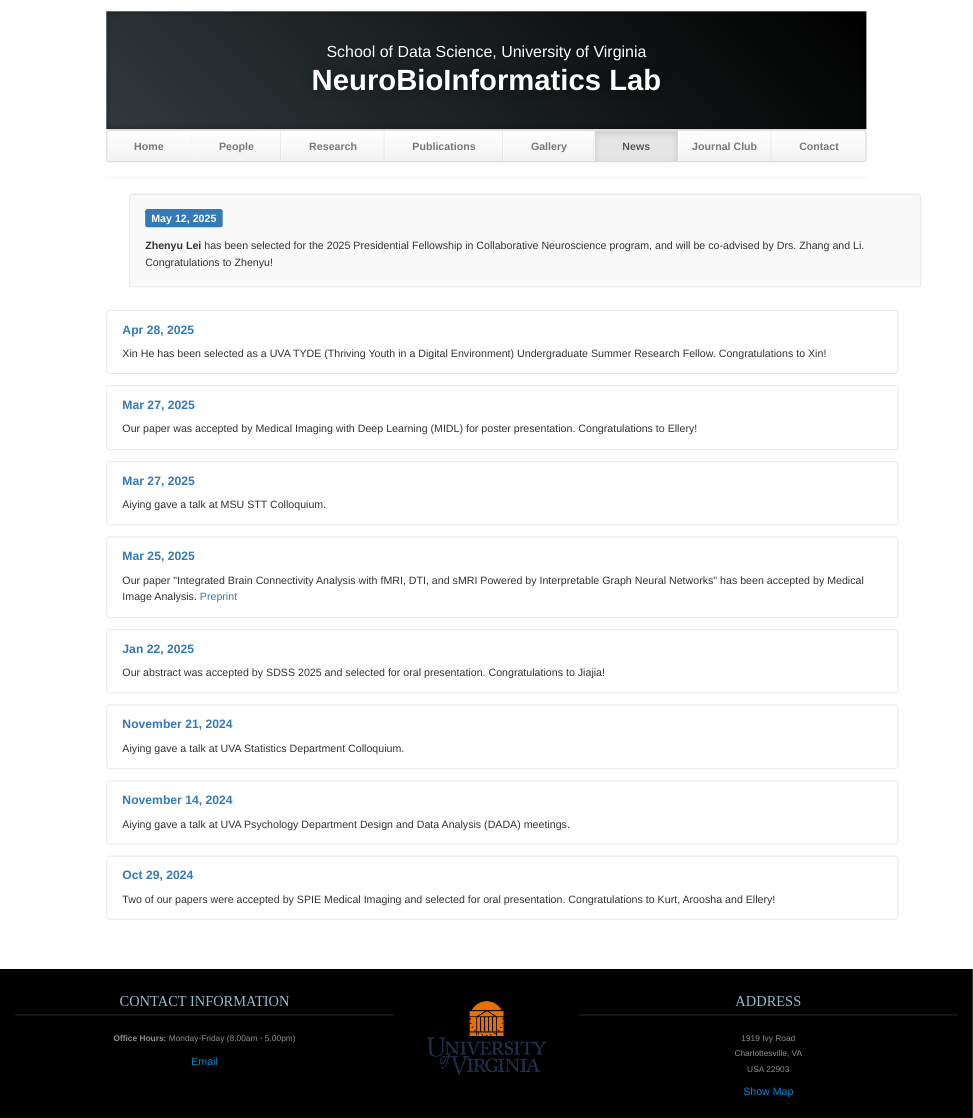
Repository: nbillab/nbillab.io
Page: news.html
An editor plug-in stored every save of this project. The page is shown before and after the next save, followed by the edit.
The browser window is 1280 px wide. The pictures show the whole page, at 76% of full size.

Above is the page before, as saved 2025-09-01 12:49:16.

### news.html
<!DOCTYPE html>
<html lang="en">
<head>
    <meta charset="utf-8">
    <title>News</title>
    <meta name="viewport" content="width=device-width, initial-scale=1.0">
    <meta name="description" content="Research Lab, Home, Velit Aliquet Sagittis University">
    <meta name="author" content="">
    <!-- Le styles -->
    <link href="css/bootstrap.min.css" rel="stylesheet">
    <link href="css/bootstrap-responsive.min.css" rel="stylesheet">
    <link href="css/theme.css" rel="stylesheet">

    <style>
        .span4.feature-item {
            background-color: #f9f9f9;
            border: 1px solid #e1e1e1;
            padding: 20px;
            border-radius: 4px;
            margin-bottom: 30px;
            width: 100%;
            float: none;
        }

        .clearfix {
            clear: both;
        }

        .feature-item h5 {
            margin: 0 0 15px 0;
            font-size: 18px;
        }

        .feature-item .date {
            background-color: #337ab7;
            color: white;
            padding: 4px 8px;
            border-radius: 3px;
            font-weight: bold;
            font-size: 14px;
        }

        .feature-item p {
            margin: 0;
            line-height: 1.6;
        }

        .news-container {
            width: 100%;
        }

        .news-item {
            display: block;
            width: 100%;
            background-color: #ffffff;
            border: 1px solid #e1e1e1;
            border-radius: 4px;
            padding: 15px 20px;
            margin-bottom: 15px;
        }

        .news-item h4 {
            color: #337ab7;
            margin: 0 0 10px 0;
            font-size: 16px;
            font-weight: bold;
        }

        .news-item p {
            color: #333;
            line-height: 1.6;
            margin: 0;
        }

        .news-item a {
            color: #337ab7;
            text-decoration: none;
        }

        .news-item a:hover {
            color: #23527c;
            text-decoration: underline;
        }
    </style>
</head>
<body>
    <div class="container">
        <header class="jumbotron subhead" id="overview">
            <p class="lead"> School of Data Science, University of Virginia </p>
            <h1>NeuroBioInformatics Lab</h1>
        </header>
        <div class="masthead">
            <div class="navbar">
                <div class="navbar-inner">
                    <div class="container">
                        <ul class="nav">
                            <li><a href="index.html">Home</a></li>
                            <li><a href="people.html">People</a></li>
                            <li><a href="research.html">Research</a></li>
                            <li><a href="publications.html">Publications</a></li>
                            <li><a href="gallery.html">Gallery</a></li>
                            <li class="active"><a href="#">News</a></li>
                            <li><a href="journalclub.html">Journal Club</a></li>
                            <li><a href="contact.html">Contact</a></li>
                        </ul>
                    </div>
                </div>
            </div>
        </div>
        <hr>

        <div class="span4 feature-item">
            <h5><span class="date">May 12, 2025</span></h5>
            <p><strong>Zhenyu Lei</strong> has been selected for the 2025 Presidential Fellowship in Collaborative Neuroscience program, and will be co-advised by Drs. Zhang and Li. Congratulations to Zhenyu!</p>
        </div>

        <div class="clearfix"></div>

        <div class="news-container">
            <div class="news-item">
                <h4>Apr 28, 2025</h4>
                <p>Xin He has been selected as a UVA TYDE (Thriving Youth in a Digital Environment) Undergraduate Summer Research Fellow. Congratulations to Xin!</p>
            </div>

            <div class="news-item">
                <h4>Mar 27, 2025</h4>
                <p>Our paper was accepted by Medical Imaging with Deep Learning (MIDL) for poster presentation. Congratulations to Ellery!</p>
            </div>

            <div class="news-item">
                <h4>Mar 27, 2025</h4>
                <p>Aiying gave a talk at MSU STT Colloquium.</p>
            </div>

            <div class="news-item">
                <h4>Mar 25, 2025</h4>
                <p>Our paper "Integrated Brain Connectivity Analysis with fMRI, DTI, and sMRI Powered by Interpretable Graph Neural Networks" has been accepted by Medical Image Analysis. <a href="https://www.sciencedirect.com/science/article/pii/S1361841525001173">Preprint</a></p>
            </div>

            <div class="news-item">
                <h4>Jan 22, 2025</h4>
                <p>Our abstract was accepted by SDSS 2025 and selected for oral presentation. Congratulations to Jiajia!</p>
            </div>

            <div class="news-item">
                <h4>November 21, 2024</h4>
                <p>Aiying gave a talk at UVA Statistics Department Colloquium.</p>
            </div>

            <div class="news-item">
                <h4>November 14, 2024</h4>
                <p>Aiying gave a talk at UVA Psychology Department Design and Data Analysis (DADA) meetings.</p>
            </div>

            <div class="news-item">
                <h4>Oct 29, 2024</h4>
                <p>Two of our papers were accepted by SPIE Medical Imaging and selected for oral presentation. Congratulations to Kurt, Aroosha and Ellery!</p>
            </div>
        </div>
    </div>

    <footer id="footer">
        <div class="container-fluid">
            <div class="row-fluid">
                <div class="span5">
                    <h3>Contact Information</h3>
                    <p><b>Office Hours: </b>Monday-Friday (8.00am - 5.00pm)</p>
                    <a href="mailto:xsa5db@virginia.edu">Email</a>
                </div>
                <div class="span2">
                    <a href="https://datascience.virginia.edu/"><img src="images/UVA.png" alt="research-lab-logo"/></a>
                </div>
                <div class="span5">
                    <h3>Address</h3>
                    <p>1919 Ivy Road<br>
                       Charlottesville, VA<br>
                       USA 22903
                    </p>
                    <a href="http://maps.google.com/">Show Map</a>
                </div>
            </div>
        </div>
    </footer>

    <!-- Le javascript -->
    <script src="js/jquery-1.9.1.min.js"></script>
    <script src="js/bootstrap.min.js"></script>
    <script>
        $(document).ready(function() {
            $(document.body).scrollspy({
                target: "#navparent"
            });
        });
    </script>
</body>
</html>

### css/theme.css
body {
	padding-top: 15px;
	padding-bottom: 0px;
}


/* Custom container */

.container {
	margin: 0 auto;
	max-width: 1000px;
}

.container>hr {
	margin: 20px 0
}


/* Customize the navbar links to be fill the entire space of the .navbar */

.navbar .navbar-inner {
	padding: 0
}

.navbar .nav {
	margin: 0;
	display: table;
	width: 100%;
}

.navbar .nav li {
	display: table-cell;
	width: 1%;
	float: none;
}

.navbar .nav li a {
	font-weight: bold;
	text-align: center;
	border-left: 1px solid rgba(255, 255, 255, .75);
	border-right: 1px solid rgba(0, 0, 0, .1);
}

.navbar .nav li:first-child a {
	border-left: 0;
	border-radius: 3px 0 0 3px;
}

.navbar .nav li:last-child a {
	border-right: 0;
	border-radius: 0 3px 3px 0;
}

body>.navbar {
	font-size: 13px
}


/* Change the docs' brand */

body>.navbar .brand {
	padding-right: 0;
	padding-left: 0;
	margin-left: 20px;
	float: right;
	font-weight: bold;
	color: #000;
	text-shadow: 0 1px 0 rgba(255, 255, 255, .1), 0 0 30px rgba(255, 255, 255, .125);
	-webkit-transition: all .2s linear;
	-moz-transition: all .2s linear;
	transition: all .2s linear;
}

body>.navbar .brand:hover {
	text-decoration: none;
	text-shadow: 0 1px 0 rgba(255, 255, 255, .1), 0 0 30px rgba(255, 255, 255, .4);
}


/* Sidenav for Docs
         -------------------------------------------------- */

@media screen and (max-width: 768px) {
	.bs-docs-sidenav {
		display: none !important;
	}
}

.bs-docs-sidenav {
	width: 228px;
	margin: 30px 0 0;
	padding: 0;
	background-color: #fff;
	-webkit-border-radius: 6px;
	-moz-border-radius: 6px;
	border-radius: 6px;
	-webkit-box-shadow: 0 1px 4px rgba(0, 0, 0, .065);
	-moz-box-shadow: 0 1px 4px rgba(0, 0, 0, .065);
	box-shadow: 0 1px 4px rgba(0, 0, 0, .065);
}

.bs-docs-sidenav>li>a {
	display: block;
	width: 200px;
	margin: 0 0 -1px;
	padding: 8px 14px;
	border: 1px solid #e5e5e5;
}

.bs-docs-sidenav>li>a.subhead {
	display: block;
	width: 168px;
	margin: 0 0 -1px;
	padding: 8px 30px;
	border: 1px solid #e5e5e5;
	font-size: 12px;
}

.bs-docs-sidenav>li:first-child>a {
	-webkit-border-radius: 6px 6px 0 0;
	-moz-border-radius: 6px 6px 0 0;
	border-radius: 6px 6px 0 0;
}

.bs-docs-sidenav>li:last-child>a {
	-webkit-border-radius: 0 0 6px 6px;
	-moz-border-radius: 0 0 6px 6px;
	border-radius: 0 0 6px 6px;
}

.bs-docs-sidenav>.active>a {
	position: relative;
	z-index: 2;
	padding: 9px 15px;
	border: 0;
	text-shadow: 0 1px 0 rgba(0, 0, 0, .15);
	-webkit-box-shadow: inset 1px 0 0 rgba(0, 0, 0, .1), inset -1px 0 0 rgba(0, 0, 0, .1);
	-moz-box-shadow: inset 1px 0 0 rgba(0, 0, 0, .1), inset -1px 0 0 rgba(0, 0, 0, .1);
	box-shadow: inset 1px 0 0 rgba(0, 0, 0, .1), inset -1px 0 0 rgba(0, 0, 0, .1);
}

.bs-docs-sidenav>li>a:hover {
	background-color: #f5f5f5
}

.bs-docs-sidenav a:hover .icon-chevron-right {
	opacity: .5
}

.bs-docs-sidenav.affix {
	top: 10px
}

.bs-docs-sidenav.affix-bottom {
	position: absolute;
	top: auto;
	bottom: 270px;
}


/* Responsive
         -------------------------------------------------- */

.affix {
	top: 0px
}

#media {
	margin-top: 70px
}

#media .header {
	margin-left: 0;
	margin-bottom: 56px;
	margin-top: 30px;
}

#media .post_row {
	margin-left: 0;
	margin-bottom: 40px;
}

#media .lastpost_row {
	margin-bottom: 0
}

#media .post_row .post {
	background: #fff;
	/*margin-left: 0;;
    margin-right: 20px;*/
	border-radius: 4px;
	box-shadow: 1px 1px 2px 0px #E0E0E0;
	width: 487px;
	height: 616px;
}

#media .post_row .last {
	margin-right: 0
}

#media .post_row .post .img {
	position: relative;
	text-align: center;
}

#media .post_row .post .img .date {
	background: #E8554E;
	position: absolute;
	padding: 2px 5px;
	top: 0;
	left: 11px;
}

#media .post_row .post .img .date p {
	color: #fff;
	font-size: 14px;
	font-weight: bold;
	font-style: italic;
	margin: 0;
}

#media .post_row .post .img img {
	height: 275px;
	width: 410px;
}

#media .post_row .post .text {
	margin: 18px auto 0;
	width: 83%;
}

#media .post_row .post .text h5 {
	margin: 0 0 8px 0;
	font-size: 20px;
	line-height: 23px;
}

#media .post_row .post .text h5 a {
	color: #333
}

#media .post_row .post .text span.date {
	color: #9F9F9F;
	display: block;
	margin-bottom: 12px;
	font-style: italic;
	font-size: 13px;
}

#media .post_row .post .text p {
	margin: 0;
	line-height: 21px;
	font-size: 14px;
}

#media .post_row .post .author_box {
	margin: 12px auto 20px;
	border-top: 1px solid #EDEDED;
	overflow: hidden;
	text-align: left;
	width: 85%;
	padding-top: 12px;
}

#media .post_row .post .author_box h6 {
	margin: 0 0 3px 0;
	font-size: 13px;
	line-height: 15px;
	font-style: italic;
	font-weight: normal;
	color: #B2B2B2;
}

#media .post_row .post .author_box p {
	color: #B2B2B2;
	font-style: italic;
	font-size: 13px;
	line-height: 14px;
	margin: 0;
}

#media .post_row .post .author_box img {
	float: right
}

#media .post_row .post a.plus_wrapper {
	width: 99%;
	text-align: center;
	background: #fff;
	display: none;
	border-radius: 0px 0px 4px 4px;
	padding: 6px 0px 2px;
	margin: 0 auto 1px;
}

#media .post_row .post a.plus_wrapper span {
	color: #1189D9;
	font-size: 30px;
	font-weight: bold;
}

#media .post_row .post:hover a.plus_wrapper {
	display: block
}

#media .post_row .post:hover {
	box-shadow: 0px 1px 5px 1px rgb(216, 216, 216)
}

#media .post_row .post:hover .text h5 a {
	color: #1189D9
}

.map .box_wrapp {
	position: absolute;
	margin: 15px auto;
	box-shadow: 0 0 7px 0 rgba(26, 26, 26, 0.4);
	padding: 30px 0 30px;
	background: white;
	border-radius: 4px;
	margin-top: 25px;
}

.map .box_wrapp .box_cont {
	margin: 30px auto;
	width: 76%;
}

.section-header {
	text-align: center;
	margin-bottom: 35px;
}

.section-header h1,
.title-text {
	font-weight: bold;
	font-size: 30px;
	margin: 12.5px 0;
	font-weight: 100;
	margin-bottom: 25px;
	line-height: 55px;
}

.feature-item:hover {
	box-shadow: 0px 1px 5px 1px rgb(216, 216, 216)
}

.feature-item img {
	margin-left: 15px;
	margin-right: 15px;
	max-width: 90%;
	height: 200px;
}

.feature-item h5 {
	margin-left: 15px;
	margin-right: 15px;
	margin-top: 20px;
	margin-bottom: 20px;
}

.feature-item p {
	margin-left: 15px;
	margin-right: 15px;
}

.feature-heading {
	margin-top: 20px;
	margin-bottom: 20px;
	margin-left: 15px;
	margin-right: 15px;
}

.feature-heading a:hover {
	text-decoration: none;
}

.feature-button {
	font-size: 16px;
	background-image: none;
	box-shadow: none;
	margin-bottom: 10px;
}

.centered {
	text-align: center;
}

.subhead {
	text-align: left;
	border-bottom: 1px solid #ddd;
}

.jumbotron {
	position: relative;
	padding: 45px 0px 35px 0px;
	color: #fff;
	text-align: center;
	text-shadow: 0 1px 3px rgba(0, 0, 0, .4), 0 0 30px rgba(0, 0, 0, .075);
	background: #30393C;
	background: -moz-linear-gradient(45deg, #30393C 0%, #000000 100%);
	background: -webkit-gradient(linear, left bottom, right top, color-stop(0%, #30393C), color-stop(100%, #30393C));
	background: -webkit-linear-gradient(45deg, #30393C 0%, #000000 100%);
	background: -o-linear-gradient(45deg, #30393C 0%, #000000 100%);
	background: -ms-linear-gradient(45deg, #30393C 0%, #000000 100%);
	background: linear-gradient(45deg, #30393C 0%, #000000 100%) repeat;
	-webkit-box-shadow: inset 0 3px 7px rgba(0, 0, 0, .2), inset 0 -3px 7px rgba(0, 0, 0, .2);
	-moz-box-shadow: inset 0 3px 7px rgba(0, 0, 0, .2), inset 0 -3px 7px rgba(0, 0, 0, .2);
	box-shadow: inset 0 3px 7px rgba(0, 0, 0, .2), inset 0 -3px 7px rgba(0, 0, 0, .2);
}

.jumbotron:after {
	content: '';
	display: block;
	position: absolute;
	top: 0;
	right: 0;
	bottom: 0;
	left: 0;
	opacity: .4;
}

.lead {
	margin-bottom: 0px;
	font-size: 21px;
	font-weight: 200;
	line-height: 15px;
}

img.float-left {
	float: left;
	margin-top: 9px;
	margin-left: 0px;
	margin-right: 30px;
	margin-bottom: 12px;
}

img.float-right {
	float: right;
	margin-top: 9px;
	margin-right: 0px;
	margin-bottom: 12px;
	margin-left: 30px;
}

img.publications-thumb {
	width: 142px;
	height: 188px;
}

.caption {
	margin: 10px;
}

.responsive-video {
	position: relative;
	padding-bottom: 56.25%;
	padding-top: 60px;
	overflow: hidden;
}

.responsive-video iframe,
.responsive-video object,
.responsive-video embed {
	position: absolute;
	top: 0;
	left: 0;
	width: 93.5%;
	height: 93.5%;
}

.video-caption {
	margin: 10px;
}

.accordion {
	margin-bottom: 20px;
	margin-right: 40px;
}

.thumbnail>img.sponsor {
	width: 212px;
	height: 150px;
}

img.carousel-image {
	width: 100%;
}

li.publication {
	margin-bottom: 20px;
}

.page-header h3 a:hover {
	text-decoration: none;
}

iframe.map-frame {
	border: none;
	overflow: hidden;
	margin-top: 10px;
	margin-bottom: 10px;
	margin-left: 0px;
	margin-right: 0px;
	height: 550px;
	width: 100%;
}

ul.sponsors {
	margin-top: 40px;
	margin-bottom: 40px;
}

#footer {
	z-index: 10;
	margin-top: 50px;
	margin-bottom: 0px;
	padding-bottom: 25px;
	border-top-width: 8px;
	border-top-style: solid;
	border-top-color: #2F2F2F;
	background-color: #000000;
	border: 0;
	font-size: 100%;
	font: inherit;
	vertical-align: baseline;
	text-align: center;
}

#footer h3 {
	font-size: 19px;
	text-transform: uppercase;
	font-family: BebasNeueRegular;
	color: #8DBECE;
	border-bottom-width: 1px;
	border-bottom-style: solid;
	border-bottom-color: #30393C;
	line-height: 35px;
	margin-bottom: 20px;
	margin-top: 25px;
	font-weight: normal;
}

#footer a img {
	margin-top: 40px;
}

#footer p,
#footer address {
	color: #8F8F8F;
	font-size: 11px;
}

Loaded but not shown: css/bootstrap.min.css (library); css/bootstrap-responsive.min.css (library); js/jquery-1.9.1.min.js (library); js/bootstrap.min.js (library)

After the next save:
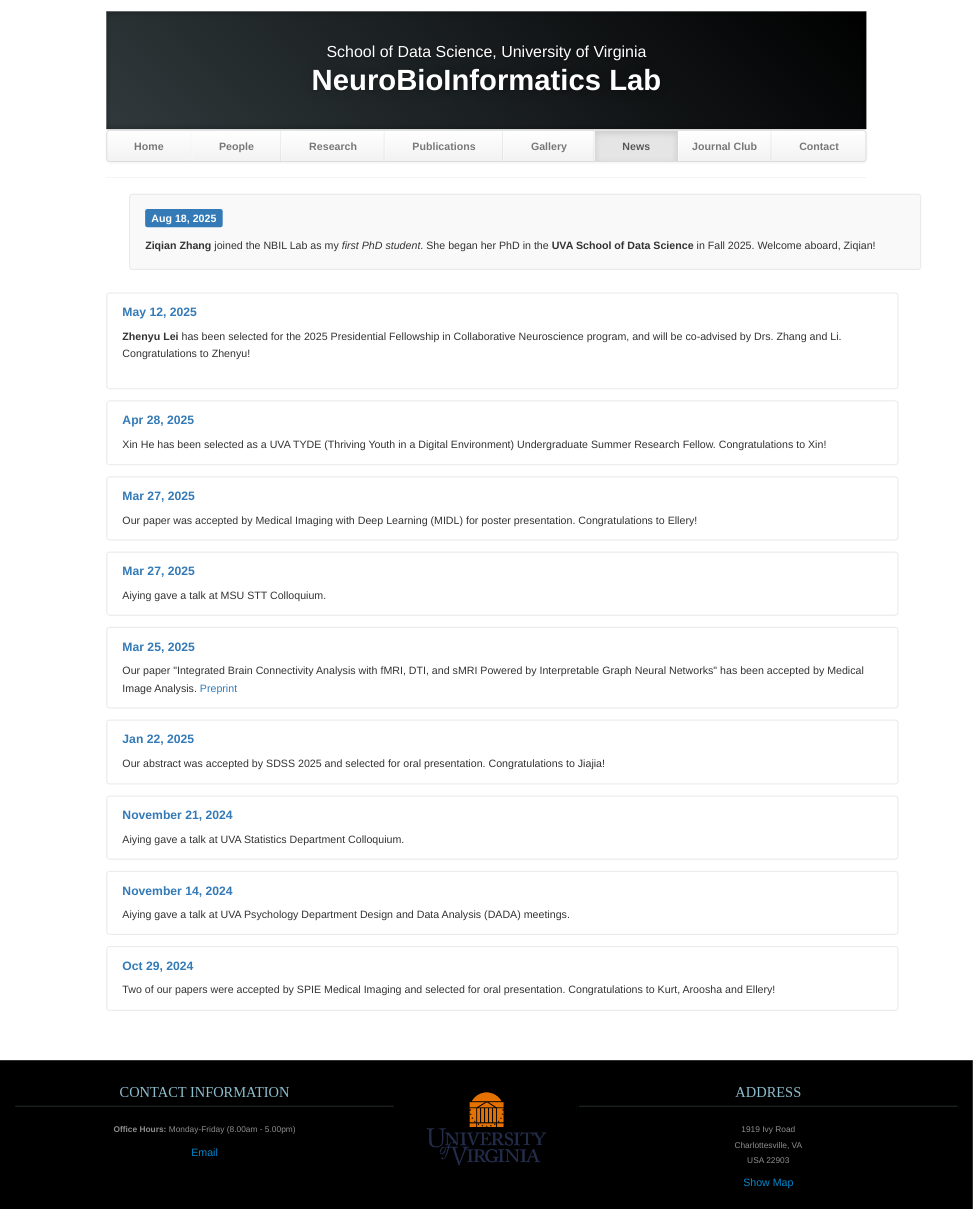
Saved 98 s later.
--- a/news.html
+++ b/news.html
@@ -109,14 +109,21 @@
         </div>
         <hr>
 
+
         <div class="span4 feature-item">
-            <h5><span class="date">May 12, 2025</span></h5>
-            <p><strong>Zhenyu Lei</strong> has been selected for the 2025 Presidential Fellowship in Collaborative Neuroscience program, and will be co-advised by Drs. Zhang and Li. Congratulations to Zhenyu!</p>
+            <h5><span class="date">Aug 18, 2025</span></h5>
+            <p><strong>Ziqian Zhang</strong> joined the NBIL Lab as my <em>first PhD student</em>. She began her PhD in the <strong>UVA School of Data Science</strong> in Fall 2025. Welcome aboard, Ziqian!</p>
         </div>
 
         <div class="clearfix"></div>
 
         <div class="news-container">
+
+            <div class="news-item">
+                  <h4>May 12, 2025</span></h4>
+                  <p><strong>Zhenyu Lei</strong> has been selected for the 2025 Presidential Fellowship in Collaborative Neuroscience program, and will be co-advised by Drs. Zhang and Li. Congratulations to Zhenyu!</p>
+                  <br/>
+            </div>
             <div class="news-item">
                 <h4>Apr 28, 2025</h4>
                 <p>Xin He has been selected as a UVA TYDE (Thriving Youth in a Digital Environment) Undergraduate Summer Research Fellow. Congratulations to Xin!</p>
